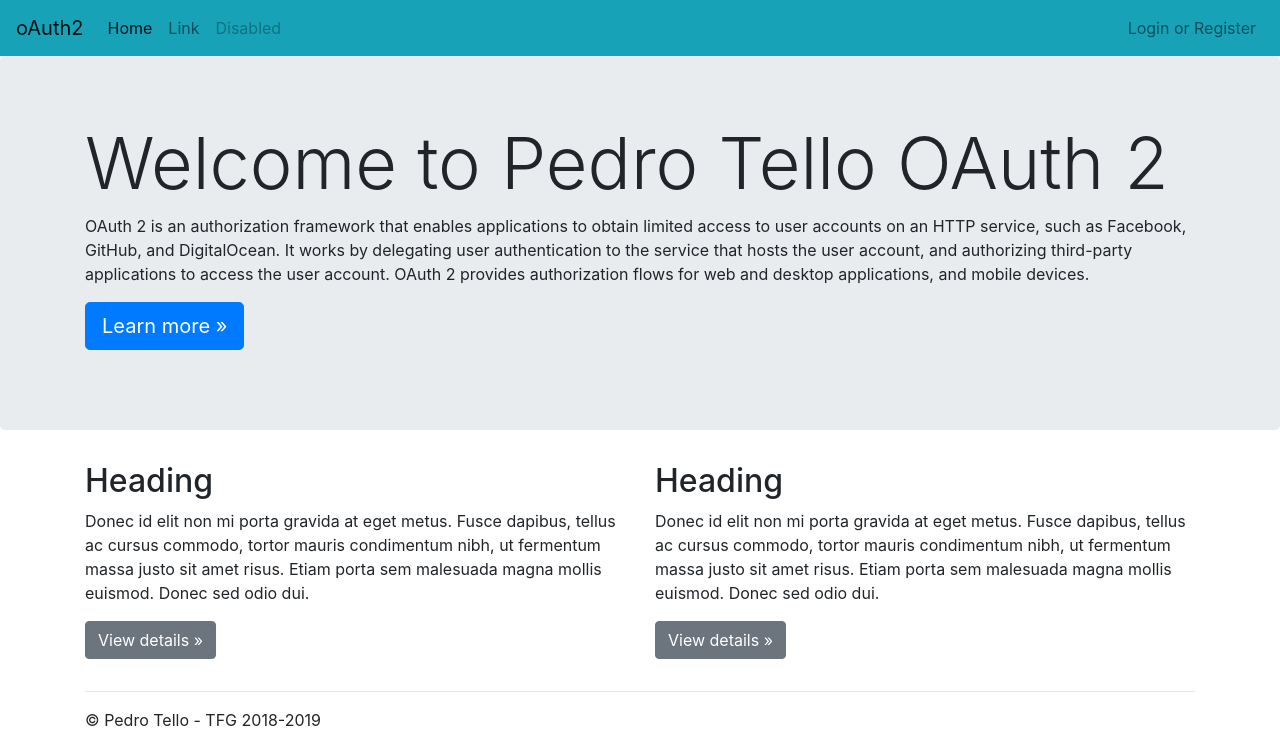
Repository: Xevit/eclipse-workspace
Page: AplicationOAuth2/src/main/webapp/index.html
The author's editor kept a copy of each file at every save. The page is drawn from the files as they stood at one save, then again after the next save.
The browser window is 1280 px wide. The pictures show the whole page.
Some web libraries are served in a nearby version.

Above is the page before, as saved 2018-08-20 21:24:46.

### AplicationOAuth2/src/main/webapp/index.html
<!DOCTYPE html>
<html>
<head>
  <link href="css/bootstrap.min.css" rel="stylesheet">
    <!-- Custom styles for this template -->
    <link href="css/jumbotron.css" rel="stylesheet">
</head>
<body>
<nav class="navbar navbar-expand-md navbar-light fixed-top bg-info">
      <a class="navbar-brand" href="#">oAuth2</a>
      <button class="navbar-toggler" type="button" data-toggle="collapse" data-target="#navbarsExampleDefault" aria-controls="navbarsExampleDefault" aria-expanded="false" aria-label="Toggle navigation">
        <span class="navbar-toggler-icon"></span>
      </button>

      <div class="collapse navbar-collapse" id="navbarsExampleDefault">
        <ul class="navbar-nav mr-auto">
          <li class="nav-item active">
            <a class="nav-link" href="#">Home <span class="sr-only">(current)</span></a>
          </li>
          <li class="nav-item">
            <a class="nav-link" href="#">Link</a>
          </li>
          <li class="nav-item">
            <a class="nav-link disabled" href="#">Disabled</a>
          </li>
          <!--<li class="nav-item dropdown">
            <a class="nav-link dropdown-toggle" href="http://example.com" id="dropdown01" data-toggle="dropdown" aria-haspopup="true" aria-expanded="false">Dropdown</a>
            <div class="dropdown-menu" aria-labelledby="dropdown01">
              <a class="dropdown-item" href="#">Action</a>
              <a class="dropdown-item" href="#">Another action</a>
              <a class="dropdown-item" href="#">Something else here</a>
            </div>
          </li>-->
        </ul>
        <ul class="navbar-nav mr-right" >
          <li class="nav-item">
            <a class="nav-link" href="login.html">Login or Register</a>
          </li>
          <!--<input class="form-control mr-sm-2" type="text" placeholder="Search" aria-label="Search">-->
          <!--<button class="btn btn-outline-success my-2 my-sm-0" type="submit">Search</button>-->
         </ul>
      </div>
    </nav>

    <main role="main">

      <!-- Main jumbotron for a primary marketing message or call to action -->
      <div class="jumbotron">
        <div class="container">
          <h1 class="display-3">Welcome to Pedro Tello OAuth 2</h1>
          <p>OAuth 2 is an authorization framework that enables applications to obtain limited access to user accounts on an HTTP service, such as Facebook, GitHub, and DigitalOcean. It works by delegating user authentication to the service that hosts the user account, and authorizing third-party applications to access the user account. OAuth 2 provides authorization flows for web and desktop applications, and mobile devices.</p>
          <p><a class="btn btn-primary btn-lg" href="https://oauth.net/2/" role="button">Learn more &raquo;</a></p>
        </div>
      </div>

      <div class="container">
        <!-- Example row of columns -->
        <div class="row">
          <div class="col-md-6">
            <h2>Heading</h2>
            <p>Donec id elit non mi porta gravida at eget metus. Fusce dapibus, tellus ac cursus commodo, tortor mauris condimentum nibh, ut fermentum massa justo sit amet risus. Etiam porta sem malesuada magna mollis euismod. Donec sed odio dui. </p>
            <p><a class="btn btn-secondary" href="hello" role="button">View details &raquo;</a></p>
          </div>
          <div class="col-md-6">
            <h2>Heading</h2>
            <p>Donec id elit non mi porta gravida at eget metus. Fusce dapibus, tellus ac cursus commodo, tortor mauris condimentum nibh, ut fermentum massa justo sit amet risus. Etiam porta sem malesuada magna mollis euismod. Donec sed odio dui. </p>
            <p><a class="btn btn-secondary" href="bye" role="button">View details &raquo;</a></p>
          </div>

        </div>

        <hr>

      </div> <!-- /container -->

    </main>

    <footer class="container">
      <p>&copy; Pedro Tello - TFG 2018-2019</p>
    </footer>

	<script src="https://code.jquery.com/jquery-3.2.1.slim.min.js" integrity="sha384-KJ3o2DKtIkvYIK3UENzmM7KCkRr/rE9/Qpg6aAZGJwFDMVNA/GpGFF93hXpG5KkN" crossorigin="anonymous"></script>
    <script>window.jQuery || document.write('<script src="../../assets/js/vendor/jquery-slim.min.js"><\/script>')</script>
    <script src="js/popper.min.js"></script>
    <script src="js/bootstrap.min.js"></script>
    <script src="js/jquery.cookie.js"></script>
</body>
</html>

Loaded but not shown: AplicationOAuth2/src/main/webapp/css/bootstrap.min.css (library); AplicationOAuth2/src/main/webapp/css/jumbotron.css (common file); AplicationOAuth2/src/main/webapp/js/popper.min.js (library); AplicationOAuth2/src/main/webapp/js/bootstrap.min.js (library); AplicationOAuth2/src/main/webapp/js/jquery.cookie.js (library)

After the next save:
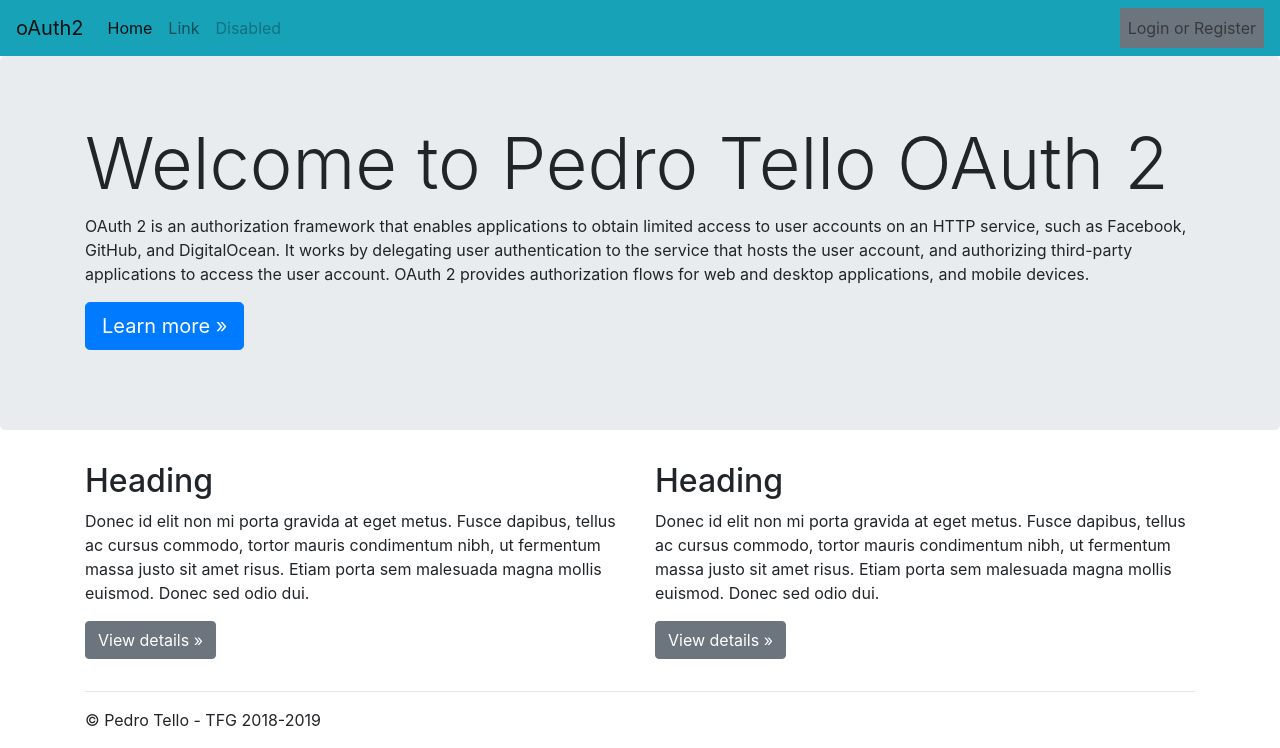
Saved 73 s later.
--- a/AplicationOAuth2/src/main/webapp/index.html
+++ b/AplicationOAuth2/src/main/webapp/index.html
@@ -32,7 +32,7 @@
             </div>
           </li>-->
         </ul>
-        <ul class="navbar-nav mr-right" >
+        <ul class="navbar-nav mr-right bg-secondary" >
           <li class="nav-item">
             <a class="nav-link" href="login.html">Login or Register</a>
           </li>
